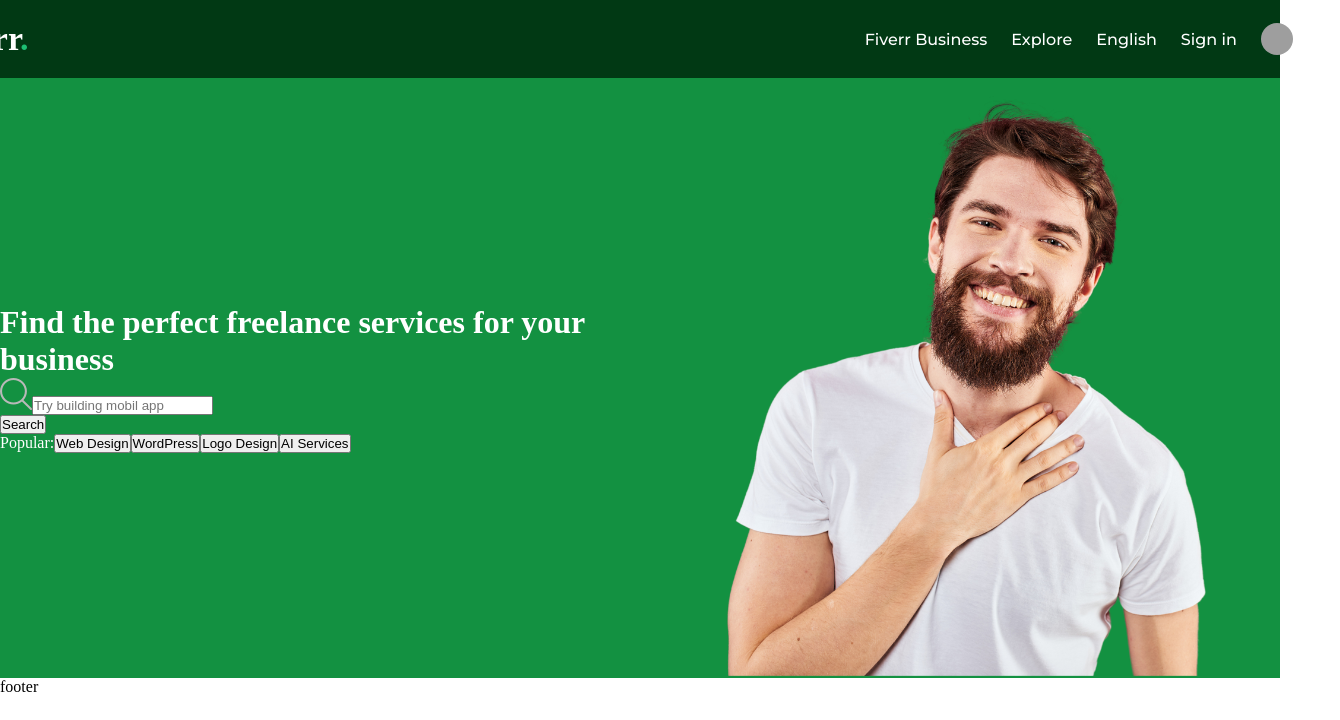
Repository: MoNasr2022/fiverr_clone_app
Page: /
The author's editor kept a copy of each file at every save. The page is drawn from the files as they stood at one save, then again after a run of saves.
The browser window is 1280 px wide. The page is 1340 px wide, so the pictures cover 1340 px, including what lies to the right of the window. The pictures show the whole page.
Pictures or frames that could not be fetched are drawn as grey boxes. The project was rebuilt for these pictures with package versions that can differ from the ones it lists, and the page was loaded fresh each time. Also part of the build but not shown: vite.config.js, src/pages/gigs/Gigs.jsx, src/pages/gig/Gig.jsx, src/pages/orders/Orders.jsx, src/pages/myGigs/MyGigs.jsx, src/pages/add/Add.jsx, src/pages/messages/Messages.jsx, src/pages/message/Message.jsx.

Above is the page before, as saved 2023-03-06 23:13:44.

### index.html
<!DOCTYPE html>
<html lang="en">
  <head>
    <meta charset="UTF-8" />
    <link rel="icon" type="image/svg+xml" href="/vite.svg" />
    <meta name="viewport" content="width=device-width, initial-scale=1.0" />
    <link rel="preconnect" href="https://fonts.googleapis.com">
    <link rel="preconnect" href="https://fonts.gstatic.com" crossorigin>
    <link
      href="https://fonts.googleapis.com/css2?family=Roboto:ital,wght@0,100;0,300;0,400;0,500;0,700;0,900;1,100;1,300;1,400;1,500;1,700;1,900&display=swap"
      rel="stylesheet">

    <link
      href="https://fonts.googleapis.com/css2?family=Montserrat:ital,wght@0,100;0,200;0,300;0,400;0,500;0,600;0,700;0,800;1,100;1,200;1,300;1,400;1,500;1,600;1,700;1,800;1,900&display=swap"
      rel="stylesheet">
      <style>
        * {
          margin: 0;
          padding: 0;
          box-sizing: border-box;

        }

      </style>
    <title>Vite + React</title>
  </head>
  <body>
    <div id="root"></div>
    <script type="module" src="/src/main.jsx"></script>
  </body>
</html>

### src/App.jsx
import React from "react";
import Navbar from "./components/navbar/NavBar";
import Footer from "./components/footer/Footer";
import Home from "./pages/home/Home";
import Gigs from "./pages/gigs/Gigs";
import Gig from "./pages/gig/Gig";
import Orders from "./pages/orders/Orders";
import MyGigs from "./pages/mygigs/MyGigs";
import Add from "./pages/add/Add";
import Messages from "./pages/messages/Messages";
import Message from "./pages/message/Message";
import { createBrowserRouter, RouterProvider, Outlet } from "react-router-dom";
import "./app.scss"



function App() {

  const Layout = () => {
    return (
      <>
        <Navbar />
        <Outlet />
        <Footer/>
      </>
    );
}

  const router = createBrowserRouter([
    {
      path: "/",
      element: <Layout />,
      children: [
        {
          path: "/",
          element: <Home/>,

        },
        {
          path: "/gigs",
          element: <Gigs/>,
        },
        {
          path: "/gig/:id",
          element: <Gig/>,
        },
        {
          path: "/orders",
          element: <Orders/>,
        },
        {
          path: "/mygigs",
          element: <MyGigs/>,
        },
        {
          path: "/add",
          element: <Add/>,
        },
        {
          path: "/messages",
          element: <Messages/>,
        },
        {
          path: "/message/:id",
          element: <Message/>,
        },

      ]
  },
]);

  return (
    <div className="App">
      <RouterProvider router={router} />
    </div>
  );
}

export default App;

### src/components/navbar/NavBar.jsx
import React, { useEffect, useState } from "react";
import { Link, useLocation } from "react-router-dom";
import "./Navbar.scss";

const Navbar = () => {
  const [active, setActive] = useState(false);
  const [option, setOption] = useState(false);

  const {pathname} = useLocation()

  const isActive = () => {
    window.scrollY > 0 ? setActive(true) : setActive(false);
  };
  useEffect(() => {
    window.addEventListener("scroll", isActive);
    return () => {
      window.removeEventListener("scroll", isActive);
    };
  }, []);

  const currentUser = {
    id: 1,
    username: "Nasr",
    isSeller: true,
  };

  return (
    <div className={active || pathname !== "/" ? "navbar active" : "navbar"}>
      <div className="container">
        <div className="logo">
          <Link to="/" className="link">
            <span className="text">fiverr</span>
          </Link>
          <span className="dot">.</span>
        </div>
        <div className="links">
          <span>Fiverr Business</span>
          <span>Explore</span>
          <span>English</span>
          <span>Sign in</span>
          {!currentUser?.isSeller && <span>Become a Seller</span>}
          {!currentUser && <button>Juin</button>}
          {currentUser && (
            <div className="user" onClick={() => setOption(!option)}>
              <img
                src="https://images.pexels.com/photos/13921662/pexels-photo-13921662.jpeg?auto=compress&cs=tinysrgb&w=1260&h=750&dpr=1"
                alt=""
              />
              <span>{currentUser?.username}</span>
              {option && (
                <div className="options">
                  {currentUser?.isSeller && (
                    <>
                      <Link className="link" to="/mygigs">
                        Gigs
                      </Link>
                      <Link className="link" to="/add">
                        Add New Gig
                      </Link>
                    </>
                  )}
                  <Link className="link" to="/orders">
                    Orders
                  </Link>
                  <Link className="link" to="/message">
                    Messages
                  </Link>
                  <Link className="link">Logout</Link>
                </div>
              )}
            </div>
          )}
        </div>
      </div>
      {active ||
        (pathname !== "/" && (
          <>
            <hr />
            <div className="menu">
              <Link className="link menuLink" to="/">
                Graphics & Design
              </Link>
              <Link className="link menuLink" to="/">
                Video & Animation
              </Link>
              <Link className="link menuLink" to="/">
                Writing & Translation
              </Link>
              <Link className="link menuLink" to="/">
                AI Services
              </Link>
              <Link className="link menuLink" to="/">
                Digital Marketing
              </Link>
              <Link className="link menuLink" to="/">
                Music & Audio
              </Link>
              <Link className="link menuLink" to="/">
                Programming & Tech
              </Link>
              <Link className="link menuLink" to="/">
                Business
              </Link>
              <Link className="link menuLink" to="/">
                Lifestyle
              </Link>
            </div>
          </>
        ))}
    </div>
  );
};

export default Navbar;

### src/components/footer/Footer.jsx
import React from 'react'
import "./Footer.scss"


const Footer = () => {
  return (
    <div>
      footer
    </div>
  )
}

export default Footer

### src/pages/home/Home.jsx
import React from "react";
import Featured from "../../components/featured/Featured";
import "./Home.scss";
const Home = () => {
  return <div>
    <Featured/>
  </div>;
};

export default Home;

### src/app.scss
*{
    .link {
        text-decoration: none;
        color: inherit
    }
}

### src/components/navbar/NavBar.scss
.navbar {
  display: flex;
  flex-direction: column;
  align-items: center;
  background-color: #013914;
  color: white;
  transition: 0.5s all ease;
  position: sticky;
  top: 0;
  z-index: 999;

  &.active {
    background-color: white;
    color: black;
  }

  .container {
    display: flex;
    justify-content: space-between;
    width: 1400px;
    padding: 20px 0px;

    .logo {
      font-size: 34px;
      font-weight: bold;
      .text {
      }
      .dot {
        color: #1dbf73;
      }
    }
    .links {
      display: flex;
      align-items: center;
      gap: 24px;
      font-weight: 500;
      font-family: "Montserrat", sans-serif;
      button {
        color: white;
        padding: 10px 20px;
        border-radius: 5px;
        border: 1px solid white;
        cursor: pointer;
        background-color: transparent;
        &:hover {
          background-color: #1dbf73;
          border-color: #1dbf73;
        }

      }
      .user {
        display: flex;
        align-items: center;
        gap: 10px;
        position: relative;
        cursor: pointer;
        img {
          width: 32px;
          height: 32px;
          border-radius: 50%;
          object-fit: cover;
        }
        .options {
          position: absolute;
          top: 50px;
          right: 0;
          padding: 20px;
          background-color: white;
          border-radius: 5px;
          box-shadow: 0px 0px 10px 0px rgba(0, 0, 0, 0.2);
          z-index: 999;
          display: flex;
          flex-direction: column;
          gap: 10px;
          color: gray;
          font-weight: 300;
          width: 200px;
        }

      }
    }
  }
  hr {
    width: 100%;
    height: 0;
    border: 0.5px solid rgb(187, 184, 184);
  }
  .menu {
    width: 1400px;
    padding: 10px 0px;
    display: flex;
    justify-content: space-between;
    font-weight: 300;
    color: gray;
    font-family: "Montserrat", sans-serif;


  }
}

### src/components/featured/Featured.jsx
import React from "react";
import "./Featured.scss";
const Featured = () => {
  return (
    <div className="featured">
      <div className="container">
        <div className="left">
          <h1>
            Find the perfect <span>freelance</span> services for your business
          </h1>
          <div className="search">
            <div className="searchInput">
              <img src="./img/search.png" alt="" />
              <input type="text" placeholder="Try building mobil app" />
            </div>
            <button>Search</button>
          </div>
          <div className="popular">
            <span>Popular:</span>
            <button>Web Design</button>
            <button>WordPress</button>
            <button>Logo Design</button>
            <button>AI Services</button>
          </div>
        </div>
              <div className="right">
            <img src="./img/man.png" alt="" />
        </div>
      </div>
    </div>
  );
};

export default Featured;

### src/components/featured/Featured.scss
.featured{
     height: 600px;
        display: flex;
        justify-content: center;
        background-color:#139141;
        color: white;
    .container{
       width: 1400px;
       display: flex;
       align-items: center;


    }
}

Loaded but not shown: src/main.jsx (common file); src/components/footer/Footer.scss (no stored copy; drawn as an empty file); src/pages/add/Add.scss (no stored copy; drawn as an empty file); src/pages/gig/Gig.scss (no stored copy; drawn as an empty file); src/pages/gigs/Gigs.scss (no stored copy; drawn as an empty file); src/pages/home/Home.scss (no stored copy; drawn as an empty file); src/pages/message/Message.scss (no stored copy; drawn as an empty file); src/pages/messages/Messages.scss (no stored copy; drawn as an empty file); src/pages/myGigs/MyGigs.scss (no stored copy; drawn as an empty file); src/pages/orders/Orders.scss (no stored copy; drawn as an empty file)

After the next 2 saves:
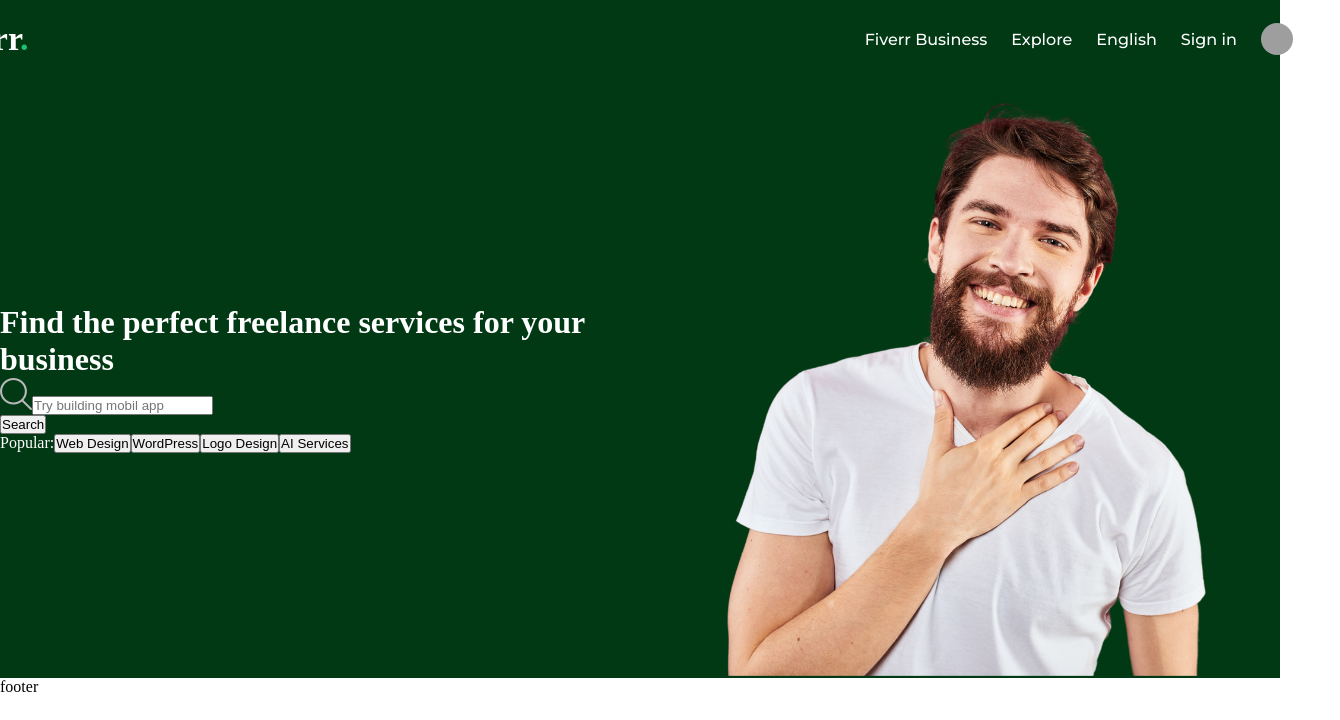
The 2 saves are shown as one change because 1 did not build or start.
The last was saved 31 s later.
--- a/src/components/featured/Featured.scss
+++ b/src/components/featured/Featured.scss
@@ -2,7 +2,7 @@
      height: 600px;
         display: flex;
         justify-content: center;
-        background-color:#139141;
+        background-color:#013914;
         color: white;
     .container{
        width: 1400px;
